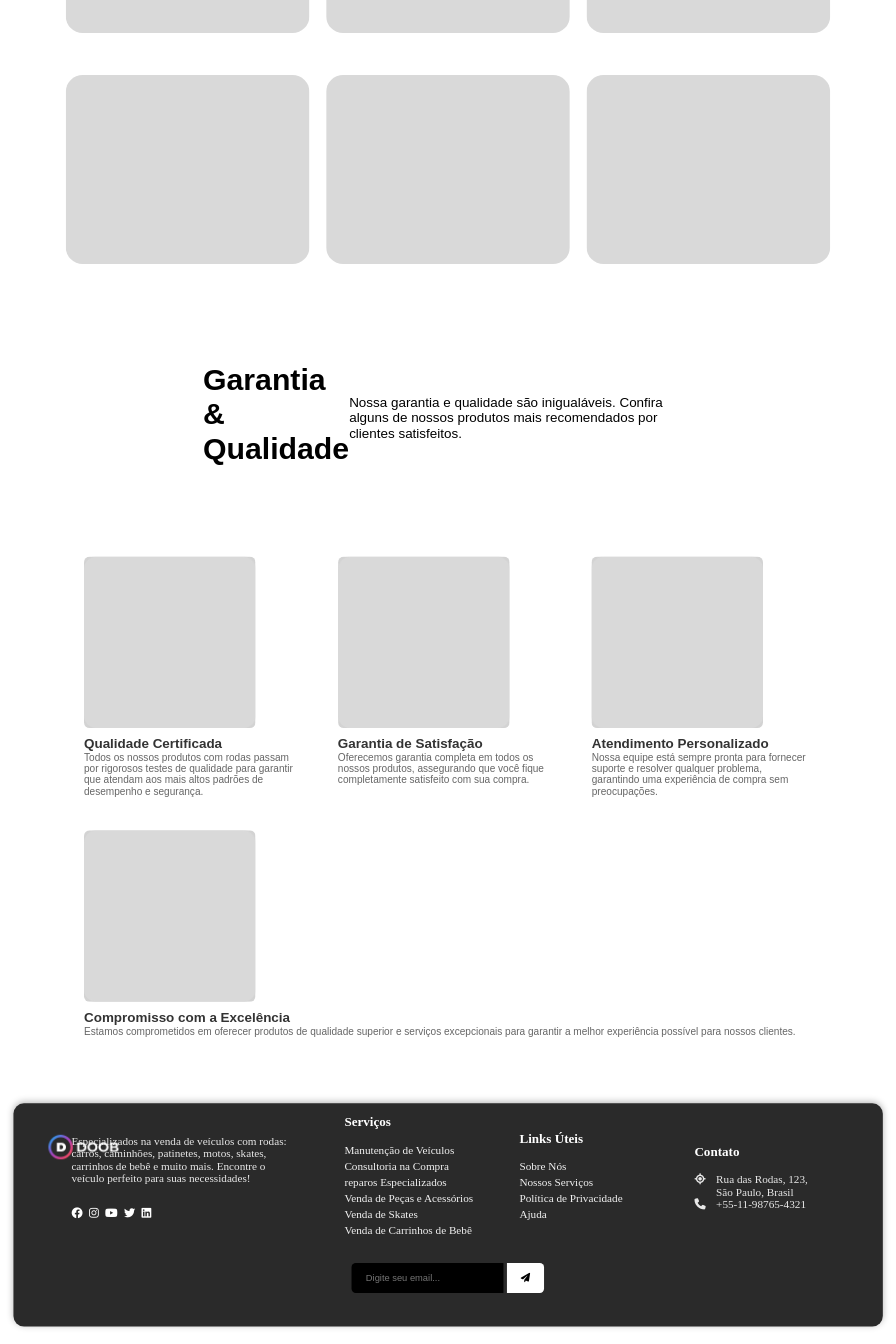
Repository: Matheus904-12/Reforma
Page: index.html
An editor plug-in stored every save of this project. The page is shown before and after a run of saves, followed by the edit.
The browser window is 1280 px wide. The pictures show the part of the page from y = 2343 to 4263 px (the page is 4263 px tall before and 4217 px after), at 70% of full size.
Some web libraries are served in a nearby version.

Above is the page before, as saved 2024-08-02 22:09:16.
Console error (its wording comes from the project's code and is left out).

After the next 2 saves:
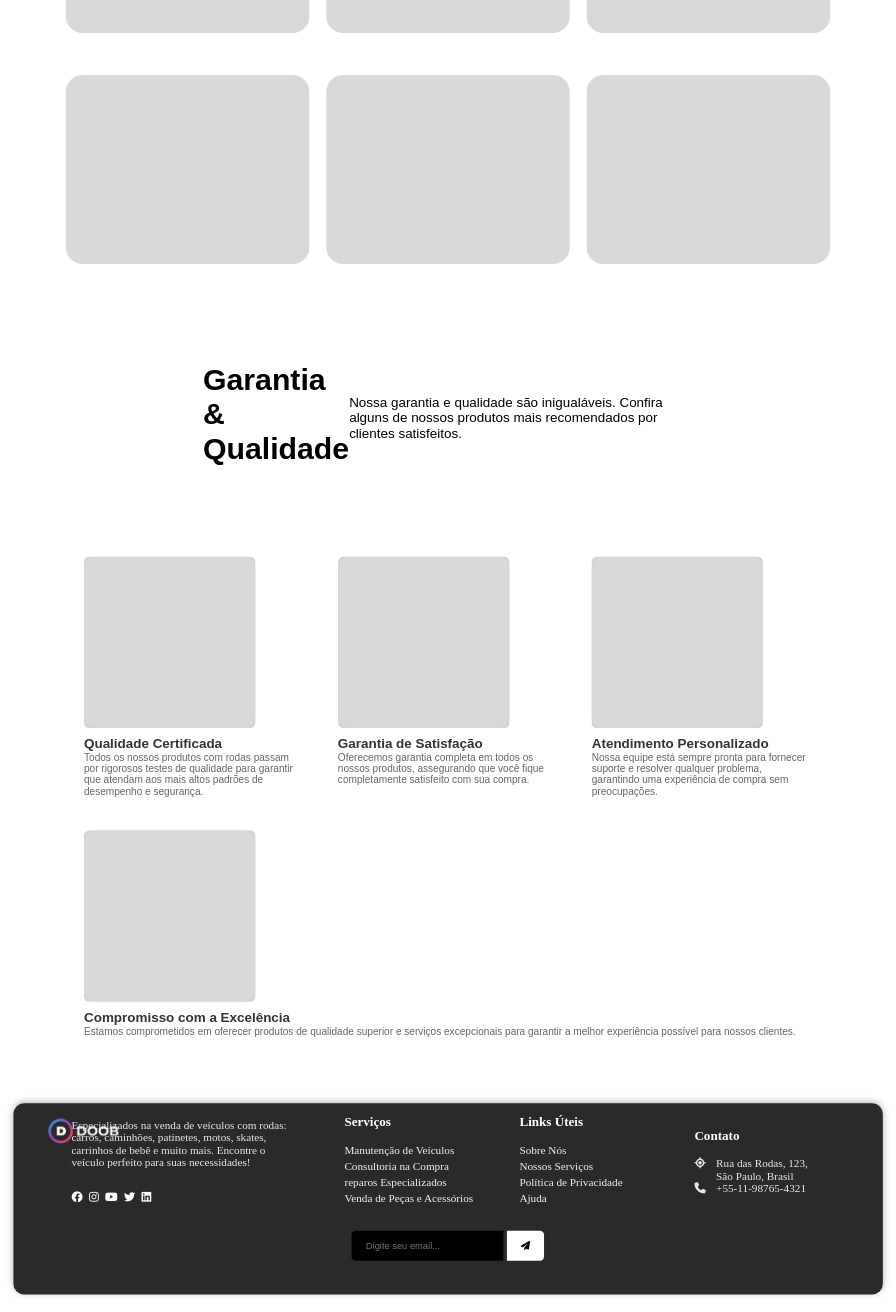
The 2 saves are shown as one change because they came seconds apart.
The last was saved 5 s later.
--- a/index.html
+++ b/index.html
@@ -193,8 +193,6 @@
                         <a href="#">Consultoria na Compra</a>
                         <a href="#">reparos Especializados</a>
                         <a href="#">Venda de Peças e Acessórios</a>
-                        <a href="#">Venda de Skates</a>
-                        <a href="#">Venda de Carrinhos de Bebê</a>
                     </div>
                 </div>
 
